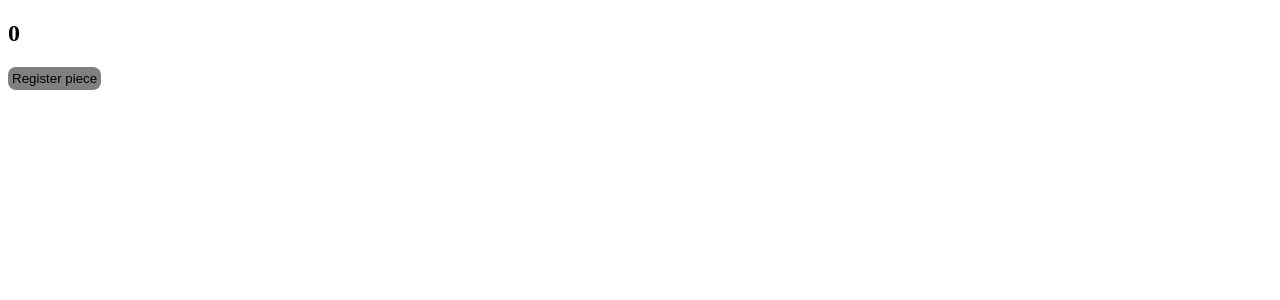
Repository: Esttevo/list-rewiew-js-2
Page: modulo-6/att-2/index.html
The author's editor kept a copy of each file at every save. The page is drawn from the files as they stood at one save, then again after the next save.
The browser window is 1280 px wide. The pictures show the whole page.

Above is the page before, as saved 2026-10-22 20:12:37.

After the next save:
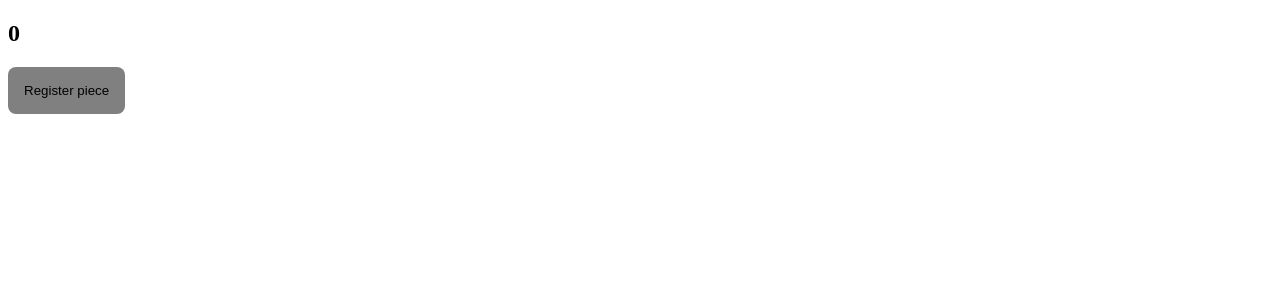
Saved 4 s later.
--- a/modulo-6/att-2/style.css
+++ b/modulo-6/att-2/style.css
@@ -1,6 +1,6 @@
 button {
     border: none;
     border-radius: 8px;
-    padding: 4px;
+    padding: 16px;
     background-color: grey;
 }
